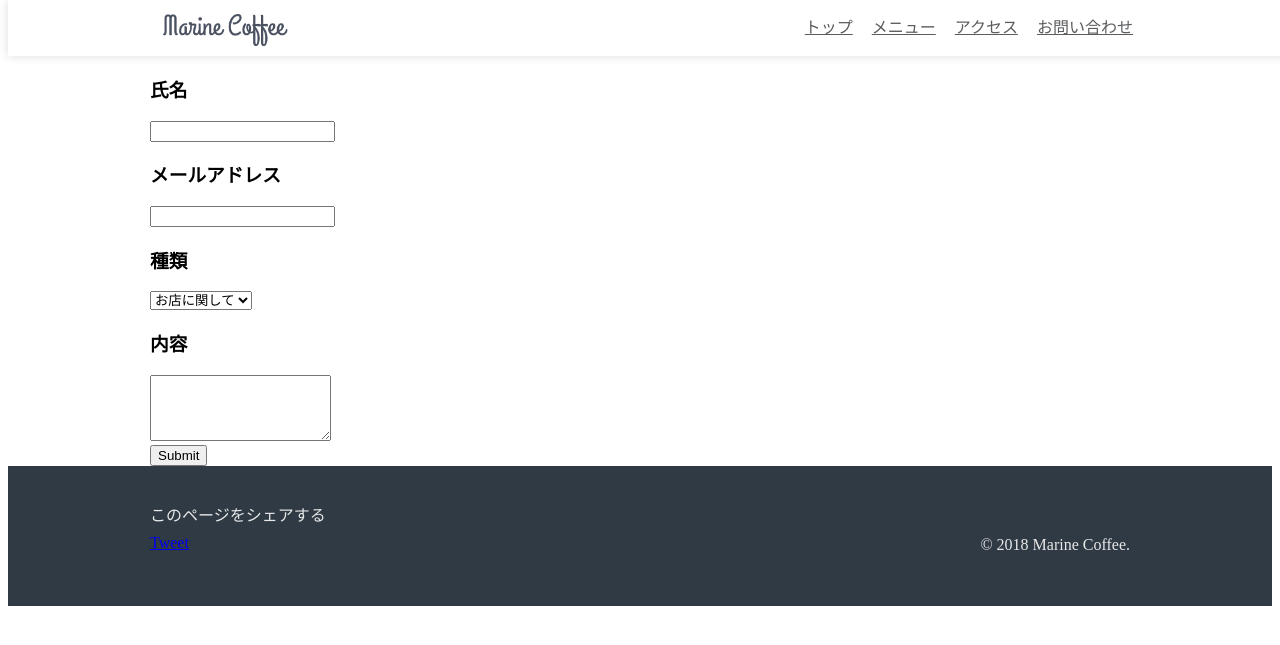
Repository: Kazuya888/samurai_HTML-CSS
Page: marine_coffee/contact.html
The author's editor kept a record of every edit. The page is drawn from the files as they stood at one moment, then again after the next edit.
The browser window is 1280 px wide. The pictures show the whole page.

Above is the page before.

### marine_coffee/contact.html
<!DOCTYPE html>
<html>
    <head>
        <meta charset="utf-8">
        <title>Marine Coffee　|　お問い合わせ</title>
         <meta name="viewport" content="width=device-width, initial-scale=1">
         <meta property="og:title" content="ページのタイトル">
         <meta property="og:site_name" content="サイト名">
         <meta property="og:description"content="ページの説明文">
         <meta property="og:type" content="ページの種類">
         <meta property="og:url" content="ページのURL">
         <meta property="og:image" content="サムネイル画像のURL">
         <link rel="shortcut icon" href="images/favicon.ico">
        <link rel="stylesheet" href="common.css">
        <link rel="stylesheet" href="contact.css">
         <link rel="stylesheet" href="responsive.css">
    </head>
    <body>
    <!------ヘッダー----------->
        <div class="header">
             <div class="container">
         <div class="header-left">
          <img class="header-logo" src="images/logo.png"
    alt="Marine Coffee"> </div>
 <div class="header-right">
    <a href="index1.html">トップ</a>
    <a href="menu.html">メニュー</a>
    <a href="access.html">アクセス</a>
    <a href="contact.html">お問い合わせ</a>
       </div>
         </div>
 <div class="clear"></div>
     </div>
</div>
<!-----------お問い合わせフォーム----->
<div class="contact">
    <div class="container">
        <h2 class="contact-title">お問い合わせ</h2>
        <form class="contact-form">
            <h3>氏名</h3>
            <input type="text">
            <h3>メールアドレス</h3>
            <input type="email">
            <h3>種類</h3>
            <select>
                <option>お店に関して</option>
                <option>採用に関して</option>
                <option>その他</option>
            </select>
            <h3>内容</h3>
            <textarea rows="4"></textarea>
            <br>
            <input type="submit" class="submit-button">
        </form>
    </div>
</div>
<!--------フッダー---------->
 <div class="footer">
        <div class="container">
            <div class="footer-left">
                <p>このページをシェアする</p>
               <a href="https://twitter.com/share?ref_src=twsrc%5Etfw"
               class="twitter-share-button"
               data-text="Marine Coffee" data-show-count="false">Tweet</a><script async src="https://platform.twitter.com/widgets.js"
               charset="utf-8"></script>
            </div>
            <div class="footer-right">
                &copy; 2018 Marine Coffee.
            </div>
            <div class="clear"></div>
        </div>
    </div>
    </body>
</html>

### marine_coffee/common.css
@charset "utf-8";
.container {
    max-width: 980px;
    padding: 0 30px;
    margin-left: auto;
    margin-right: auto;
}
.header {
    height: 56px;
    width: 100%;
    box-shadow: 0 0 10px #dddddd;
    background-color: white;
    position: fixed;
    top: 0 ;
}
.header-left{
    float: left;
}
.header-right{
    float: right;
}
.clear{
    clear: both;
}
.header-logo{
    height: 40px;
    margin-top: 8px;
}
.header-right a{
    line-height: 56px;
    color: #5a5c5f;
    margin-left: 5px;
    font-size: 16px;
    padding:16px 5px;
}
.header-right a:hover{
    background-color: #e2f1ff;
    transition: background-color 0.5s;
}
.footer{
    height: 120px;
    background-color: #2f3a44;
    color: #e8e8e8;
    padding-top:20px;
}
.footer-left{
    float: left;
}
.footer-right{
    float: right;
    padding-top: 50px;
}
.footer-left p{
    margin-bottom:8px;
}

### marine_coffee/contact.css
@charset "utf-8"
.contact {
    padding: 90px 0 60px;
    color: #5a5c5f;
}

### marine_coffee/responsive.css
@charset "utf-8";
@media (max-width: 1024px){
    .main-visual{
       padding-top:120px;
       padding-bottom: 80px;
    }
    .top-title{
        font-size: 60px;
    }
    .menu-card{
        width: 50%;
    }
}
@media(max-width: 670px){
    .header-left{
     display: none;
    }
    .header-right{
        float: none;
        text-align: center;
    }
    .header-right a{
        font-size: 14px;
    }
    .main{
        padding: 60px 0;
    }
    .main-image{
        width:280px;
    }
    .main p{
        font-size: 13px;
    }
    .footer-right{
        padding-top:20px;
    }
    .menu-card{
        width: 100%;
    }
    .google-map iframe{
        width: 100%;
    }
    .contact input, .contact textarea {
        width: 100%;
    }
}

After the next edit:
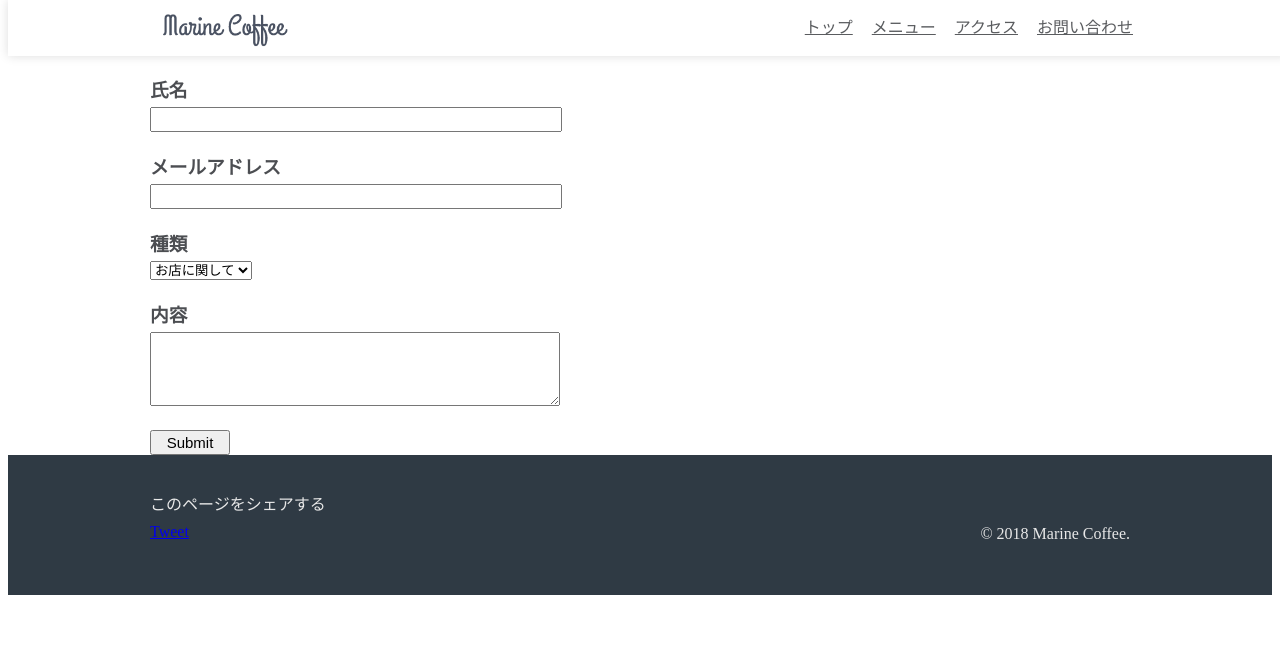
The edit:
--- a/marine_coffee/contact.css
+++ b/marine_coffee/contact.css
@@ -3,3 +3,21 @@
     padding: 90px 0 60px;
     color: #5a5c5f;
 }
+.contact-title{
+    margin-bottom: 15px;
+}
+.contact-form h3{
+    margin-top:20px;
+    margin-bottom: 5px;
+    color: #4c4e52;
+}
+input, textarea{
+    font-size: 15px;
+    width: 400px;
+    padding: 2px 4px;
+}
+.submit-button{
+  margin-top: 20px;
+  font-size:　18px;
+  width: 80px;
+}
